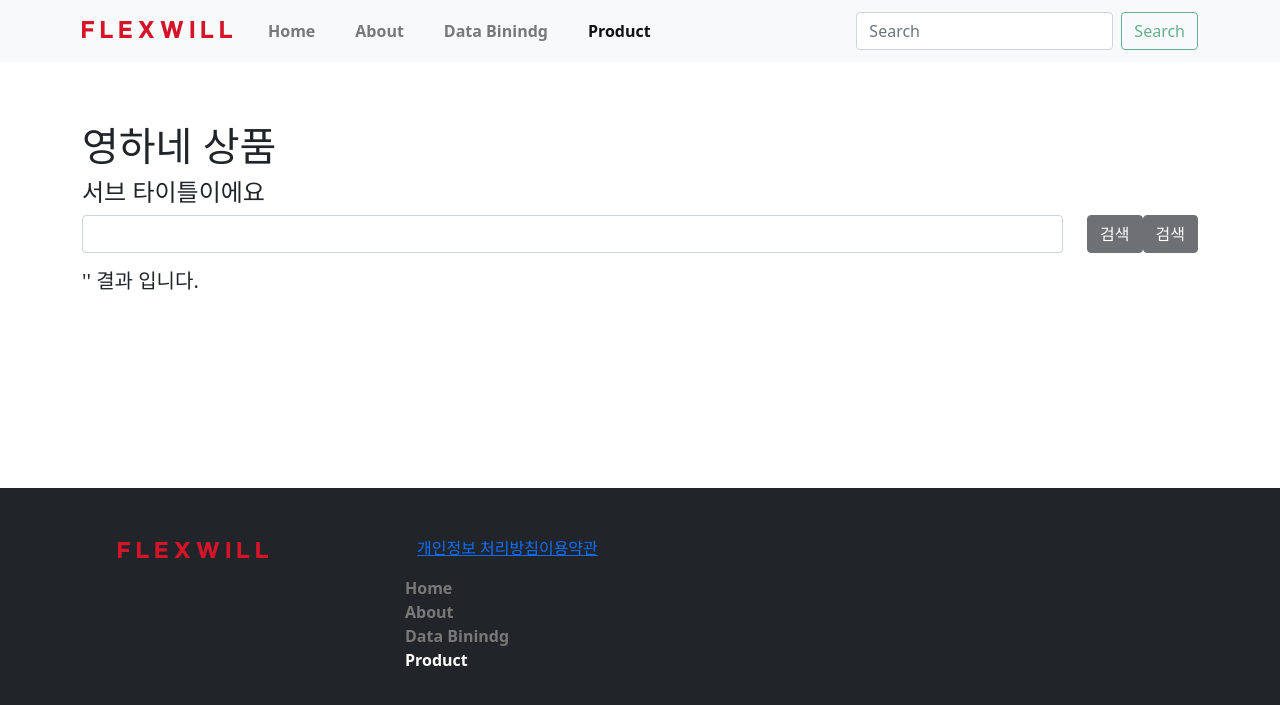
Repository: jang0ha/vue
Page: /product
The author's editor kept a copy of each file at every save. The page is drawn from the files as they stood at one save, then again after the next save.
The browser window is 1280 px wide. The pictures show the whole page.
The project was rebuilt for these pictures with package versions that can differ from the ones it lists, and the page was loaded fresh each time. Also part of the build but not shown: vue.config.js, src/views/HomeView.vue, src/views/AboutView.vue.

Above is the page before, as saved 2022-04-19 12:07:19.

### src/main.js
import { createApp } from 'vue'
import App from './App.vue'
import router from './router'

import 'bootstrap/dist/css/bootstrap.css'



createApp(App).use(router).mount('#app')



import "bootstrap/dist/js/bootstrap.js";

### src/App.vue
<template>
    <div id="wrap">
        <Header />
        <!-- <Content /> -->
        <Footer />
    </div>
</template>

<style>
@import "./assets/css/layout.css";
</style>

<script>
import Header from"./components/layout/Header.vue";
// import Content from"./components/layout/Content.vue";
import Footer from"./components/layout/Footer.vue";

export default {
    name:"App",
    components:{
        Header,
        // Content,
        Footer,
    }
}
</script>

### src/router/index.js
// import { createRouter, createWebHistory } from 'vue'
import { createRouter, createWebHistory } from 'vue-router'
import HomeView from '../views/HomeView.vue'
import AboutView from '../views/AboutView.vue'
import DataBinding from '../views/DataBinding.vue'
import ProductView from '../views/ProductView.vue'

const routes = [
  {
    path: '/', //브라우저에서 접속하는 url 주소를 정의
    name: 'home',
    component: HomeView // 지정된path로 들어왔을 때 보여줄 vue 컴포넌트 , 앞으로 구현할 vue 파일을 연결하고, 해당파일을 실행
  },
  {
    path: '/about',
    name: 'about',
    // route level code-splitting  >> 라우트 레벨에서 코드를 분할하는 방법
    // this generates a separate chunk (about.[hash].js) for this route  >> 이 라우트에 대한 chunk파일이 분리되어 생성
    // which is lazy-loaded when the route is visited.  >> 이 라우트에 방문했을떄 지연로드 됩니다.
    // component: () => import(
      /* webpackChunkName: "about" */
    //   '../views/AboutView.vue'
    // )
    component: AboutView
  },
  {
    path: '/databinding',
    name: 'DataBinding',
    component:DataBinding
  },
  {
    path: '/product',
    name: 'ProductView',
    component:ProductView
  }
]

const router = createRouter({
  history: createWebHistory(process.env.BASE_URL),
  routes
})

export default router

### src/assets/css/layout.css
#app{
min-height: 100%;
 display: flex;
 flex-direction: column;
 overflow: hidden;
}
#content{
 flex-grow: 1;
 min-height:calc(100vh - 294px);
 padding:60px 0;
}

### src/components/layout/Header.vue
<template>
    <!-- <nav>
    <router-link to="/">Home</router-link> |
    <router-link to="/about">About</router-link>
    <router-link to="/databinding">Data Binindg</router-link>
    <router-link to="/product">Product</router-link>
  </nav> -->
    <div id="header-block">
        <header>
            <nav class="navbar navbar-expand-lg navbar-light bg-light">
                <div class="container">
                    <a class="navbar-brand" href="#">
                        <router-link to="/">
                            <img src="../../assets/images/logo.svg" alt="">
                        </router-link>
                    </a>
                    <button class="navbar-toggler" type="button" data-bs-toggle="collapse" data-bs-target="#navbarSupportedContent" aria-controls="navbarSupportedContent" aria-expanded="false" aria-label="Toggle navigation">
                        <span class="navbar-toggler-icon"></span>
                    </button>
                    <div class="collapse navbar-collapse" id="navbarSupportedContent">
                        <ul class="navbar-nav me-auto mb-2 mb-lg-0">
                            <li class="nav-item">
                                <router-link to="/">Home</router-link>
                            </li>
                            <li class="nav-item">
                                <router-link to="/about">About</router-link>
                            </li>
                            <li class="nav-item dropdown">
                                <router-link to="/databinding">Data Binindg</router-link>
                            </li>
                            <li class="nav-item">
                                <router-link to="/product">Product</router-link>
                            </li>
                        </ul>
                        <form class="d-flex">
                            <input class="form-control me-2" type="search" placeholder="Search" aria-label="Search" v-model="textValue">
                            <button class="btn btn-outline-success" type="submit" v-bind:disabled="textValue==''">Search</button>
                        </form>
                    </div>
                </div>
            </nav>
        </header>
    </div>

    <router-view />


</template>


<style>
@import "../../assets/css/header.css";
</style>

<script>

export default {
    name : 'header-nav',//컴포넌트 이름
    components: {}, //다른 컴포넌트 사용 시 컴포넌트를 import하고, 배열로 저장
    data(){ //html과 자바스크립트 코드에서 사용할 데이터 변수 선언
        return {
            textValue: '',
        };
    },
    setup(){}, // 컴포지션Api
    created(){}, //컴포넌트가 생성되면 실행
    mounted() {}, //templete에 정의된 html 코드가 랜더링 된 후 실행
    unmounted() {}, //unmount가 완료 된 후 실행
    methods: {}, //컴포넌트 내에서 사용할 메소드 정의
}
</script>

### src/components/layout/Footer.vue
<template>
    <div id="footer-block">
        <footer>
            <div class="bg-dark text-white">
                <div class="container p-5">
                    <div class="row row-0">
                        <div class="col-lg-3">
                                <router-link to="/">
                                    <img src="../../assets/images/logo.svg" alt="로고이미지" class="logo">
                                </router-link>
                        </div>
                        <div class="col-lg-9">
                            <ul class="d-flex">
                                <li><a href="">개인정보 처리방침</a></li>
                                <li class="ml-3"><a href="">이용약관</a></li>
                            </ul>
                            <ul class="navbar-nav me-auto mb-2 mb-lg-0">
                                <li class="nav-item">
                                <router-link to="/">
                                    Home
                                </router-link>
                                </li>
                                <li class="nav-item">
                                <router-link to="/about">About</router-link>
                                </li>
                                <li class="nav-item dropdown">
                                <router-link to="/databinding">Data Binindg</router-link>
                                </li>
                                <li class="nav-item">
                                <router-link to="/product">Product</router-link>
                                </li>
                            </ul>
                        </div>
                    </div>
                </div>
            </div>
        </footer>
    </div>
</template>

<style>
@import "../../assets/css/footer.css";

</style>

<script>
export default {
    name : 'footer-nav',//컴포넌트 이름
    components: {}, //다른 컴포넌트 사용 시 컴포넌트를 import하고, 배열로 저장
    data(){ //html과 자바스크립트 코드에서 사용할 데이터 변수 선언
        return {
            textValue: '',
        };
    },
    setup(){}, // 컴포지션Api
    created(){}, //컴포넌트가 생성되면 실행
    mounted() {}, //templete에 정의된 html 코드가 랜더링 된 후 실행
    unmounted() {}, //unmount가 완료 된 후 실행
    methods: {}, //컴포넌트 내에서 사용할 메소드 정의
}
</script>

### src/views/DataBinding.vue
<template>
    <div id="content" class="content">
        <div class="container">
            <div class="databinding">
                <h1>hello, {{title}}</h1>

                <div>
                    <div>{{htmlString}}</div>
                    <div v-html="htmlString"></div>

                    <br><br><br><br>

                    <label for="1"><input type="checkbox" name="" id="1" v-model="checked" value="서울">서울</label>
                    <label for="2"><input type="checkbox" name="" id="2" v-model="checked" value="부산">부산</label>
                    <label for="3"><input type="checkbox" name="" id="3" v-model="checked" value="제주">제주</label>
                    <br>
                    <span>체크한 지역 {{checked}}</span>
                    <br><br><br><br>
                    <label for="4"><input type="radio" name="" id="4" v-model="picked" value="서울">서울</label>
                    <label for="5"><input type="radio" name="" id="5" v-model="picked" value="부산">부산</label>
                    <label for="6"><input type="radio" name="" id="6" v-model="picked" value="제주">제주</label>
                    <br>
                </div>
            </div>
        </div>

    </div>
</template>
<script>
export default {
    data(){ //html과 자바스크립트 코드에서 사용할 데이터 변수 선언
        return {
            title : "데이터 바인딩~!@!@!@!@!@!@ ",
            htmlString:'<p style="color: red;">나는 문어~ </p>',
            checked: [],
            picked:[],
            textValue :"",
            isActive:"true",
            hasError:"false"

        };
    },
}
</script>

<style>
    button{background:#111; color:#fff; outline:0;}
    button:disabled{background:#ededed;}
    .active{
        background:#ededed; color:blue; font-size:30px; font-weight: bold;

    }
    .fail {
        background:red; color:white; font-size:30px;font-weight: bold;
    }
</style>

### src/views/ProductView.vue
<template>
    <div id="content" class="content">
        <div class="container">
            <h1>{{ title}}</h1>
            <h4>{{subtitle}}</h4>

            <div class="row">
                <div class="col">
                    <input type="text" v-model="productSearch" name="" id="" class="form-control">
                </div>
                <div class="col-auto">
                    <button type="button" class="btn btn-dark" placeholder="상품명을 입력하세요" v-bind:disabled="productSearch ==''" @click="getData">검색</button>
                        <button type="button" class="btn btn-dark" placeholder="상품명을 입력하세요" v-bind:disabled="productSearch ==''" @click="setData">검색</button>
                </div>
            </div>

            <h5 class="mt-3">'{{productSearch}}' 결과 입니다.</h5>
        </div>
    </div>
</template>
<script>
export default {
    data() { //html과 자바스크립트 코드에서 사용할 데이터 변수 선언
        return {
            title: "영하네 상품",
            subtitle: "서브 타이틀이에요",
            productSearch:"",
            productSearchView:""
        };
    },

    methods: {
      getData(){
          alert(this.productSearch)
      },
      setData(){
          this.productSearch = productSearch;
      }
    },
}
</script>

<style>
</style>

### src/assets/css/header.css
.nav-item a{padding: 0 20px; text-decoration: none; color:#787878; font-weight:bold;}
.nav-item a:hover{color:#111;}
.router-link-active{ color:#111!important;}
.navbar-brand{
    width:150px;
    height:46px;
}

### src/assets/css/footer.css
footer .logo{width:150px;}
ul li{list-style: none;}


/* ------------------------------------------------------------ */
footer .nav-item a{padding: 0 20px; text-decoration: none; color:#787878; font-weight:bold;}
footer .nav-item a:hover{color:#fff;}
footer .router-link-active{ color:#fff!important;}
footer .navbar-brand{width:150px;height:46px;}

Loaded but not shown: public/index.html (common file)

After the next save:
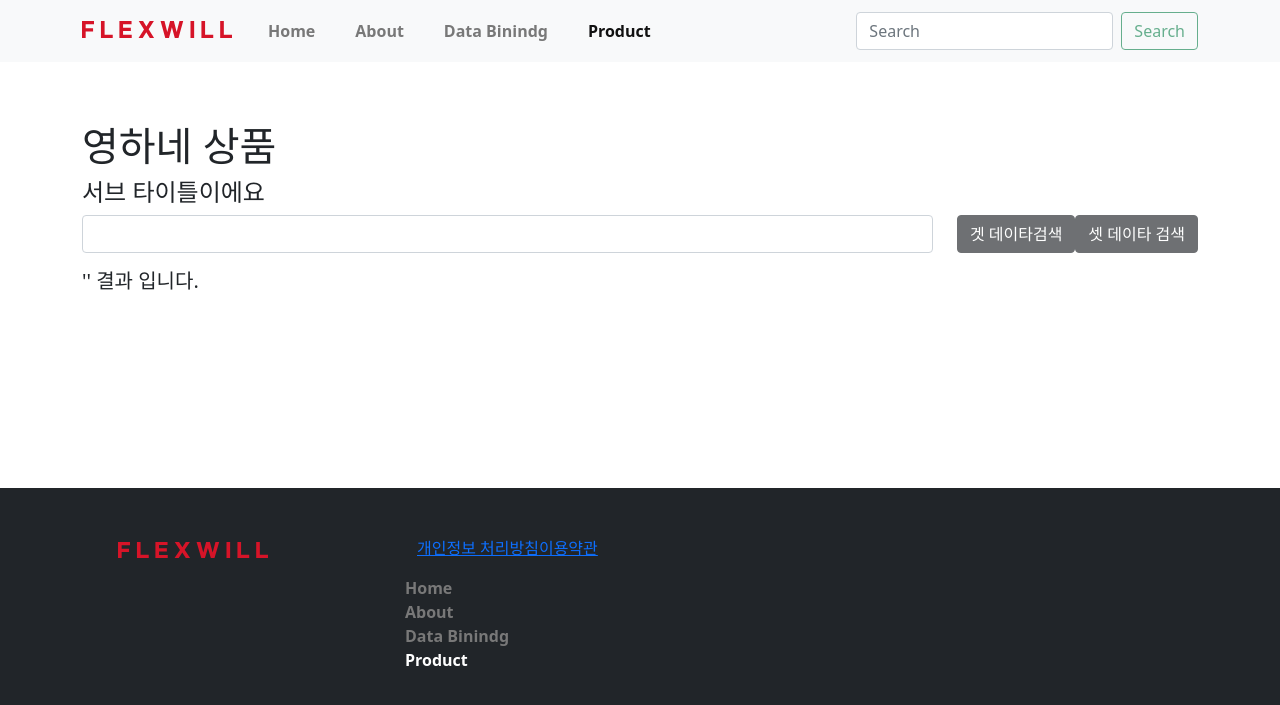
Saved 16 s later.
--- a/src/views/ProductView.vue
+++ b/src/views/ProductView.vue
@@ -9,8 +9,8 @@
                     <input type="text" v-model="productSearch" name="" id="" class="form-control">
                 </div>
                 <div class="col-auto">
-                    <button type="button" class="btn btn-dark" placeholder="상품명을 입력하세요" v-bind:disabled="productSearch ==''" @click="getData">검색</button>
-                        <button type="button" class="btn btn-dark" placeholder="상품명을 입력하세요" v-bind:disabled="productSearch ==''" @click="setData">검색</button>
+                    <button type="button" class="btn btn-dark" placeholder="상품명을 입력하세요" v-bind:disabled="productSearch ==''" @click="getData">겟 데이타검색</button>
+                        <button type="button" class="btn btn-dark" placeholder="상품명을 입력하세요" v-bind:disabled="productSearch ==''" @click="setData">셋 데이타 검색</button>
                 </div>
             </div>
 
@@ -34,7 +34,7 @@
           alert(this.productSearch)
       },
       setData(){
-          this.productSearch = productSearch;
+          this.productSearch = "";
       }
     },
 }
